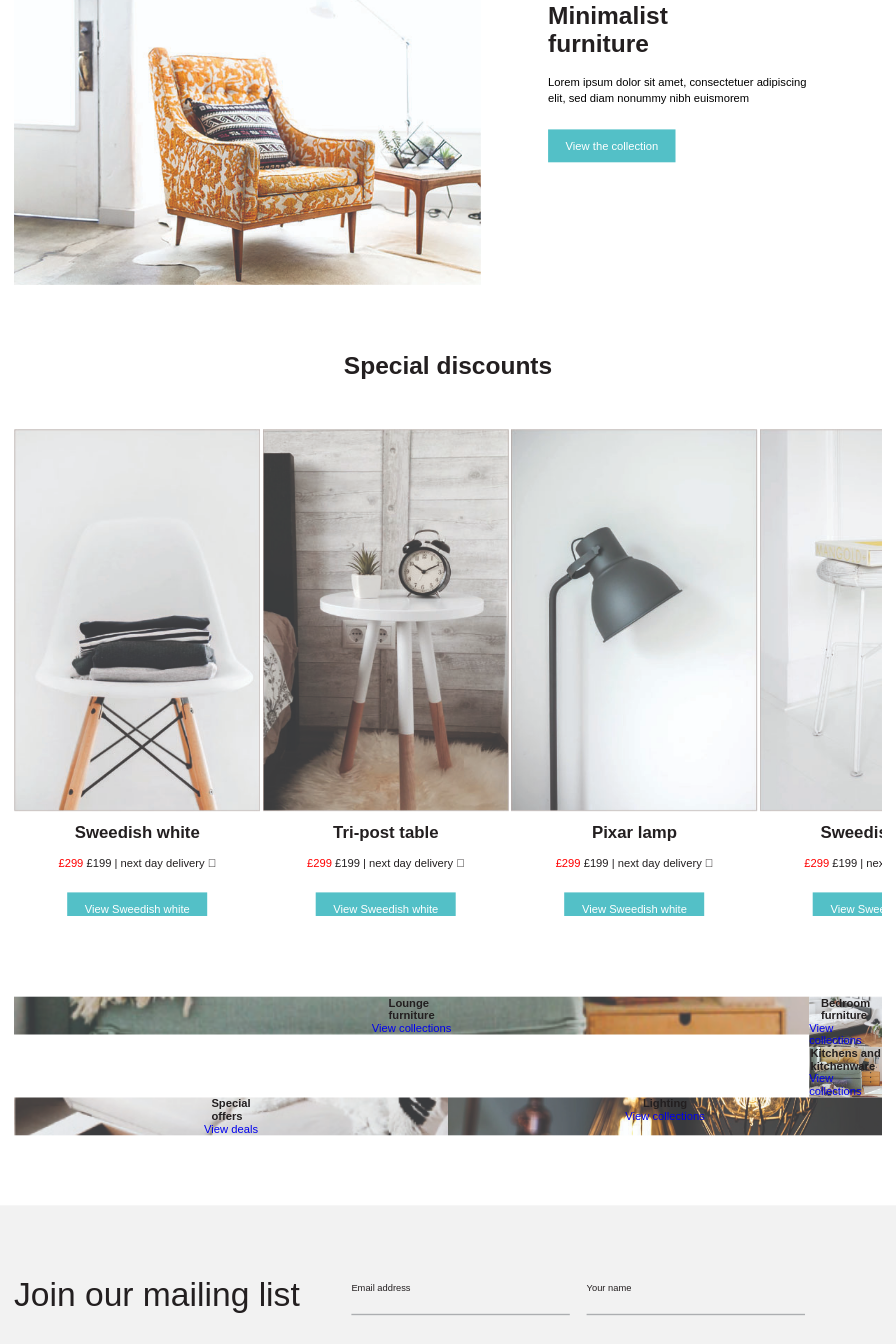
Repository: dinhhaidh/republic-web
Page: index.html
The author's editor kept a copy of each file at every save. The page is drawn from the files as they stood at one save, then again after the next save.
The browser window is 1280 px wide. The pictures show the part of the page from y = 757 to 2677 px (the page is 3462 px tall), at 70% of full size.
Some web fonts or font styles are not loaded; a fallback is used. Some web libraries are served in a nearby version.

Above is the page before, as saved 2024-01-26 08:35:11.

After the next save:
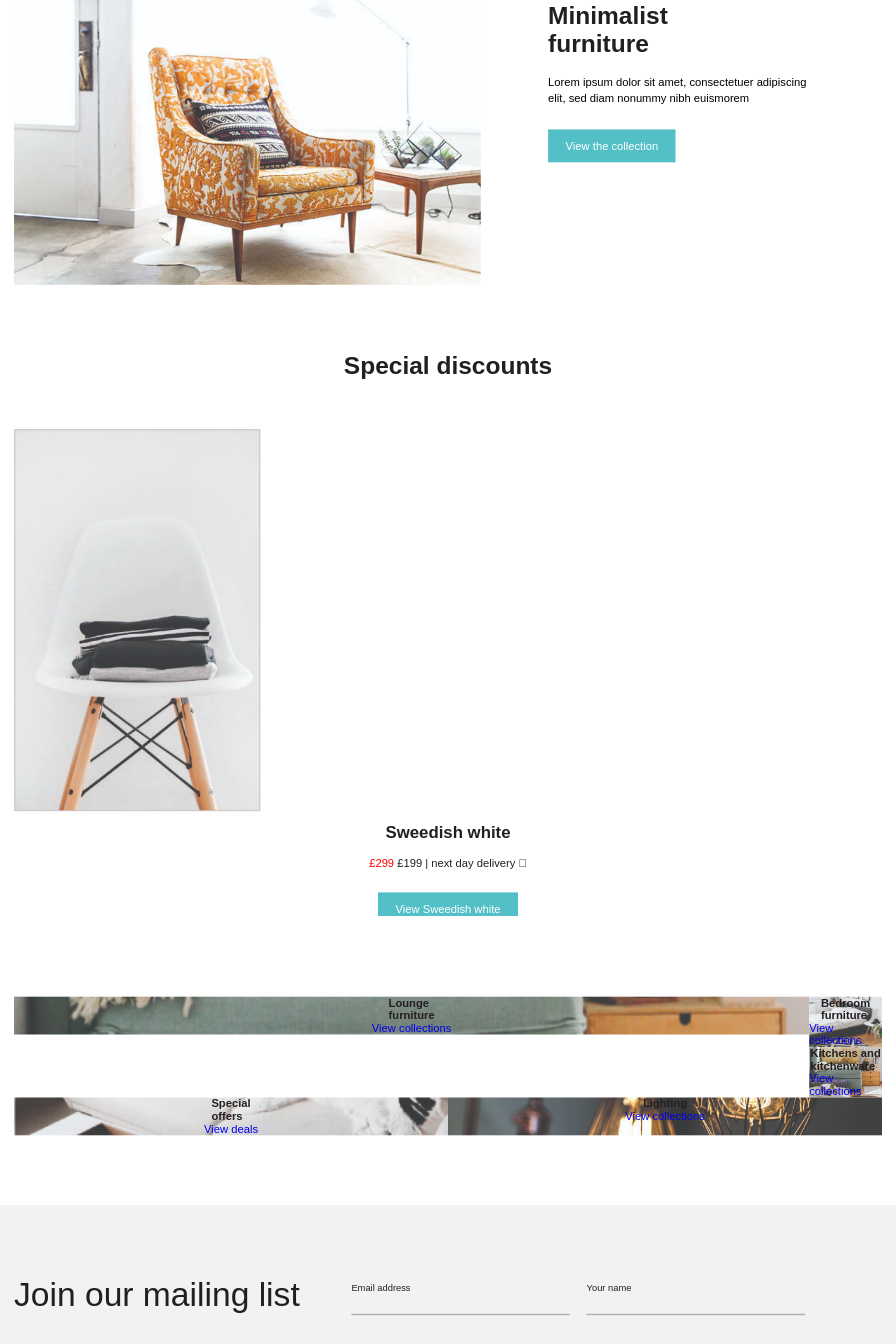
Console error: SyntaxError: Unexpected token ')'
Saved 9 s later.
--- a/js/main.js
+++ b/js/main.js
@@ -22,27 +22,27 @@
     prevEl: ".swiper-button-prev",
   },
   // lích thước resposive
-  // breakpoints: {
-  //   220: {
-  //     slidesPerView: 1,
-  //     spaceBetween: 20,
-  //   },
-  //   450: {
-  //     slidesPerView: 1.5,
-  //     spaceBetween: 20,
-  //   },
-  //   640: {
-  //     slidesPerView: 2,
-  //     spaceBetween: 40,
-  //   },
-  //   820: {
-  //     slidesPerView: 3,
-  //     spaceBetween: 40,
-  //   },
-  //   1240: {
-  //     slidesPerView: 3.5,
-  //     spaceBetween: 20,
-  //   },
+  breakpoints: {
+    220: {
+      slidesPerView: 1,
+      spaceBetween: 20,
+    },
+    450: {
+      slidesPerView: 1.5,
+      spaceBetween: 20,
+    },
+    640: {
+      slidesPerView: 2,
+      spaceBetween: 40,
+    },
+    820: {
+      slidesPerView: 3,
+      spaceBetween: 40,
+    },
+    1240: {
+      slidesPerView: 3.5,
+      spaceBetween: 20,
+    },
 
 
   // breakpoints: {

After the 2 saves that followed:
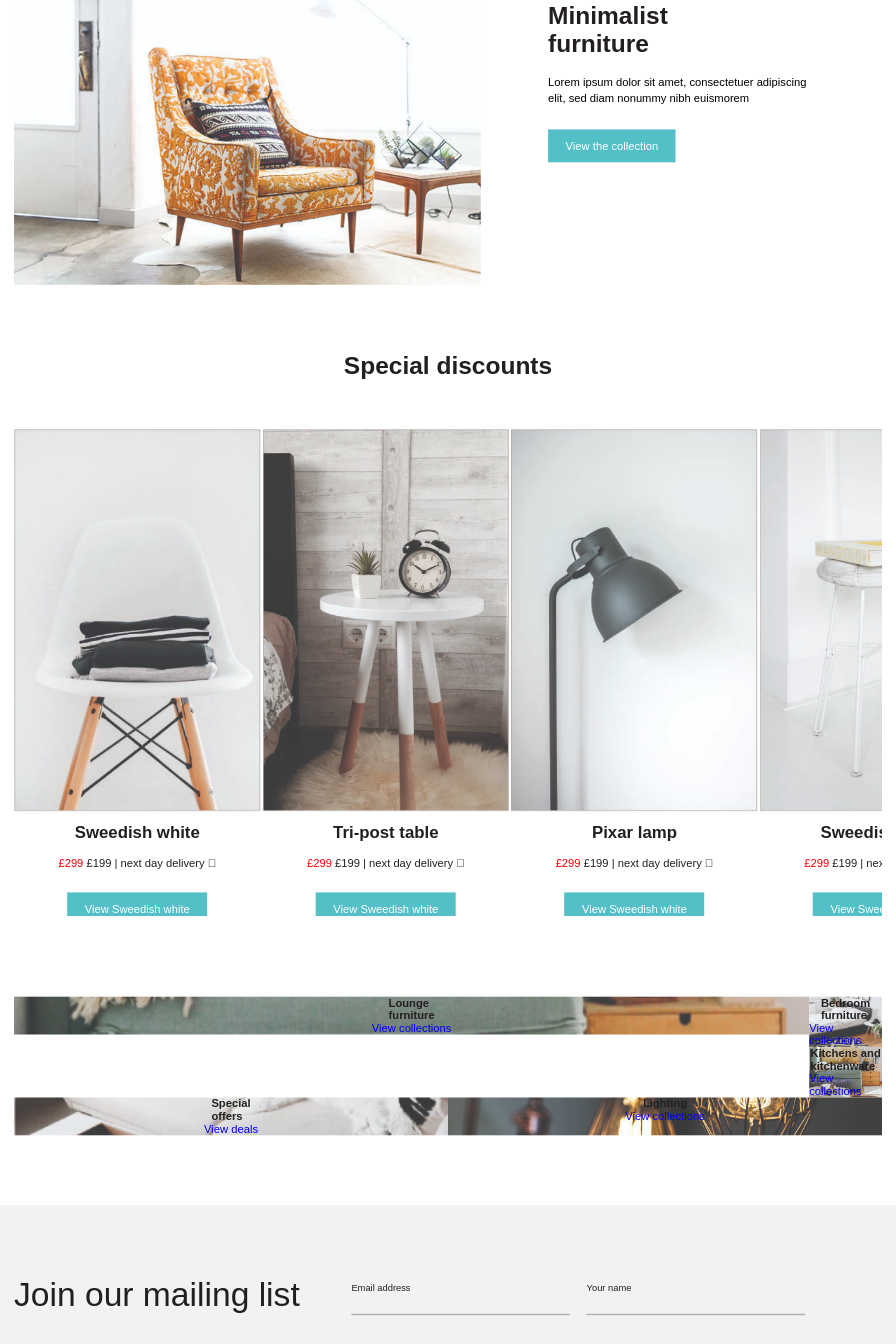
The error is gone.
The 2 saves are shown as one change because 1 left the picture as it was.
The last was saved 84 s later.
--- a/js/main.js
+++ b/js/main.js
@@ -22,27 +22,27 @@
     prevEl: ".swiper-button-prev",
   },
   // lích thước resposive
-  breakpoints: {
-    220: {
-      slidesPerView: 1,
-      spaceBetween: 20,
-    },
-    450: {
-      slidesPerView: 1.5,
-      spaceBetween: 20,
-    },
-    640: {
-      slidesPerView: 2,
-      spaceBetween: 40,
-    },
-    820: {
-      slidesPerView: 3,
-      spaceBetween: 40,
-    },
-    1240: {
-      slidesPerView: 3.5,
-      spaceBetween: 20,
-    },
+  // breakpoints: {
+  //   220: {
+  //     slidesPerView: 1,
+  //     spaceBetween: 20,
+  //   },
+  //   450: {
+  //     slidesPerView: 1.5,
+  //     spaceBetween: 20,
+  //   },
+  //   640: {
+  //     slidesPerView: 2,
+  //     spaceBetween: 40,
+  //   },
+  //   820: {
+  //     slidesPerView: 3,
+  //     spaceBetween: 40,
+  //   },
+  //   1240: {
+  //     slidesPerView: 3.5,
+  //     spaceBetween: 20,
+  //   }
 
 
   // breakpoints: {
